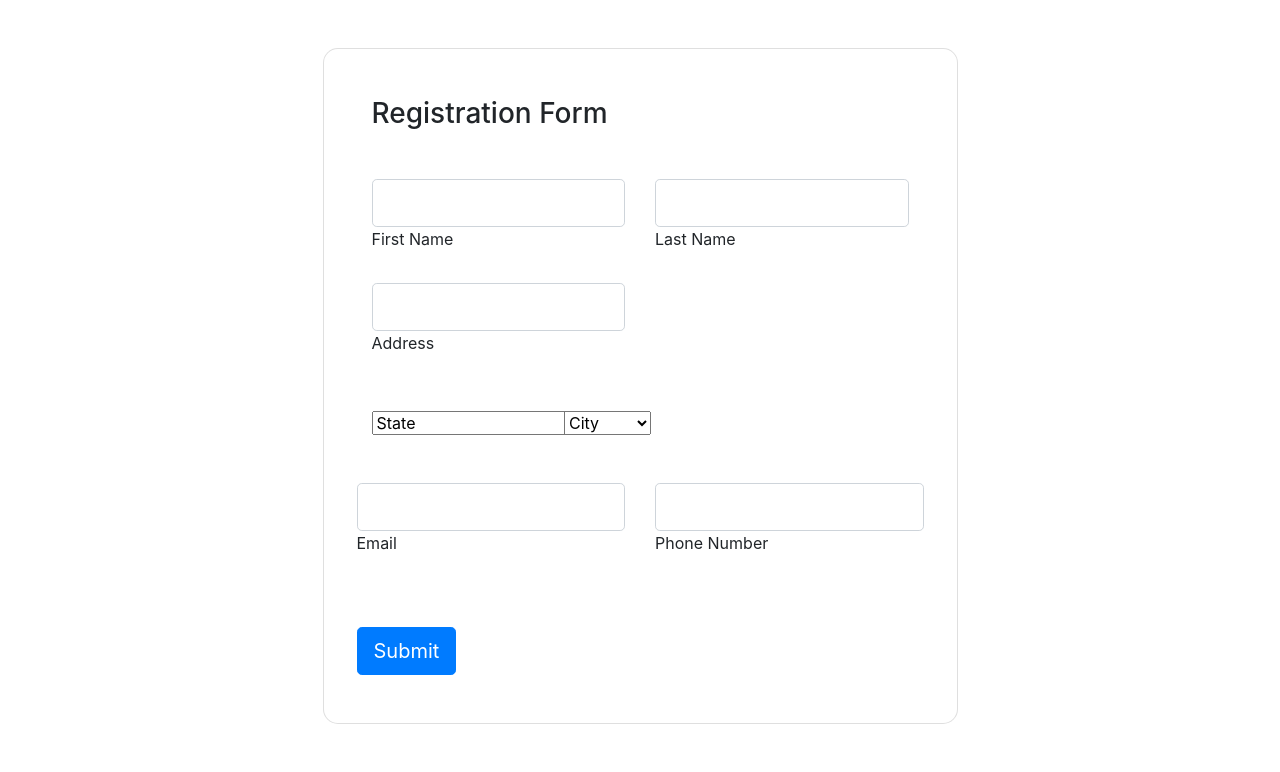
Repository: KeithKeithZ/libapp
Page: http://localhost/userRegister
These files come from the project's save history. The page is drawn as it stood at one moment and after the next save; the edit follows.
The browser window is 1280 px wide. The pictures show the whole page.
The page is served by the project's Laravel application, run on PHP 8.4 with Laravel 8.

Above is the page before, as saved 2021-12-03 12:59:50.

After the next save:
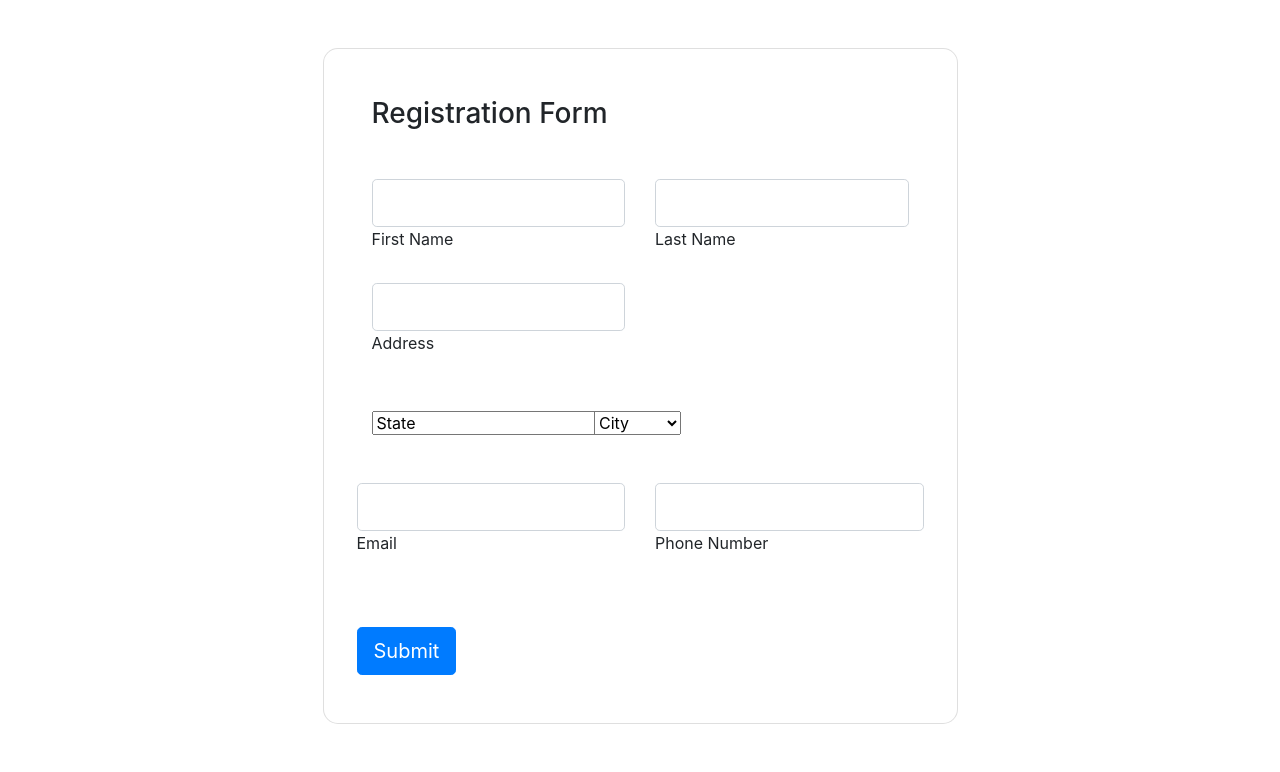
Saved 20 s later.
--- a/resources/views/userRegister.blade.php
+++ b/resources/views/userRegister.blade.php
@@ -69,15 +69,17 @@
                                     </select>
                                 </div>
                             </div>
-                            <div class="col-md-6 mb-4">
+                            <div class="col-md-6 mb-4 d-flex align-items-center">
+                                <div class="col-md-6 mb-4">
 
-                                <select class="select">
-                                    <option value="1">City</option>
-                                    <option value="2">Option 1</option>
-                                    <option value="3">Option 2</option>
-                                    <option value="4">Option 3</option>
-                                </select>
-                            </div>
+                                    <select class="select">
+                                        <option value="1">City</option>
+                                        <option value="2">Option 1</option>
+                                        <option value="3">Option 2</option>
+                                        <option value="4">Option 3</option>
+                                    </select>
+                                </div>
+</div>
                         </div>
 
                     <div class="row">

After the 2 saves that followed:
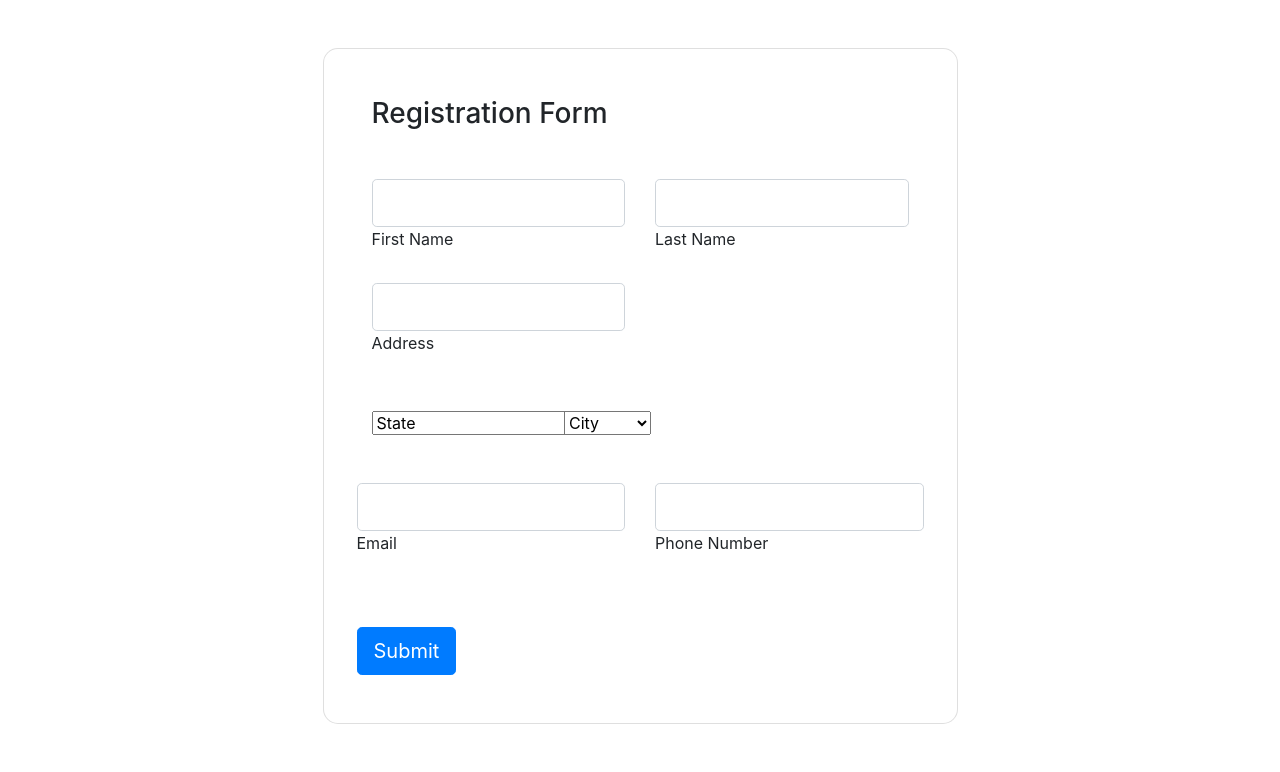
The 2 saves are shown as one change because 1 left the picture as it was.
The last was saved 36 s later.
--- a/resources/views/userRegister.blade.php
+++ b/resources/views/userRegister.blade.php
@@ -69,17 +69,15 @@
                                     </select>
                                 </div>
                             </div>
-                            <div class="col-md-6 mb-4 d-flex align-items-center">
-                                <div class="col-md-6 mb-4">
+                            <div class="col-md-6 mb-4">
 
-                                    <select class="select">
-                                        <option value="1">City</option>
-                                        <option value="2">Option 1</option>
-                                        <option value="3">Option 2</option>
-                                        <option value="4">Option 3</option>
-                                    </select>
-                                </div>
-</div>
+                                <select class="select">
+                                    <option value="1">City</option>
+                                    <option value="2">Option 1</option>
+                                    <option value="3">Option 2</option>
+                                    <option value="4">Option 3</option>
+                                </select>
+                            </div>
                         </div>
 
                     <div class="row">
